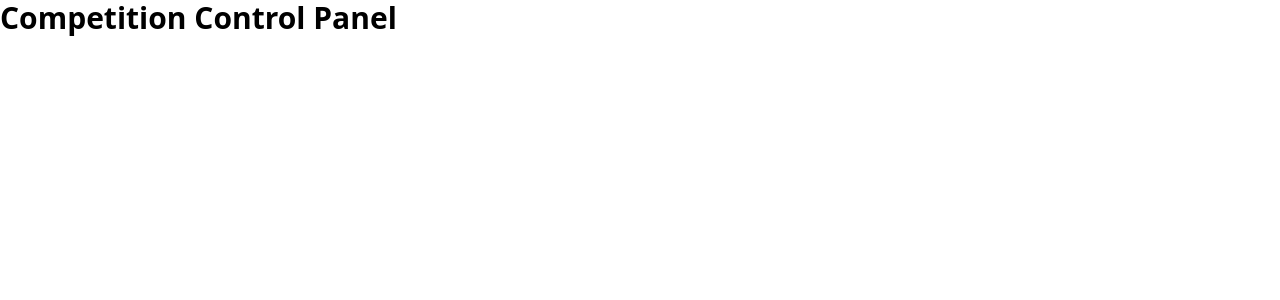
Repository: techieRahul17/blackoutscreen
Page: public/admin1.html
An editor plug-in stored every save of this project. The page is shown before and after the next save, followed by the edit.
The browser window is 1280 px wide. The pictures show the whole page.
Some web libraries are served in a nearby version.

Above is the page before, as saved 2025-08-28 19:13:09.

After the next save:
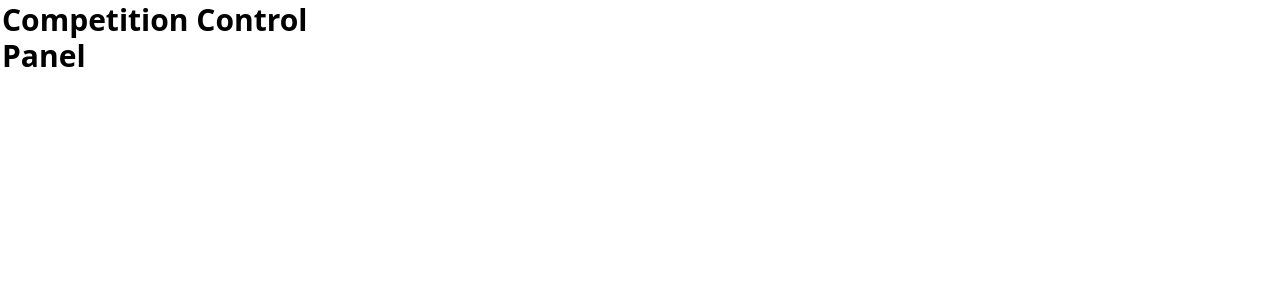
Saved 53 s later.
--- a/public/admin1.html
+++ b/public/admin1.html
@@ -4,7 +4,7 @@
     <title>Admin Page</title>
     <script src="https://cdn.tailwindcss.com"></script>
     <div>
-      <div className="w-96 h-40 rounded-sm border-2 border-white">
+      <div class="w-96 h-40 rounded-sm border-2 border-white">
        <h1 class="text-3xl font-bold text-black">Competition Control Panel</h1>
 
 
